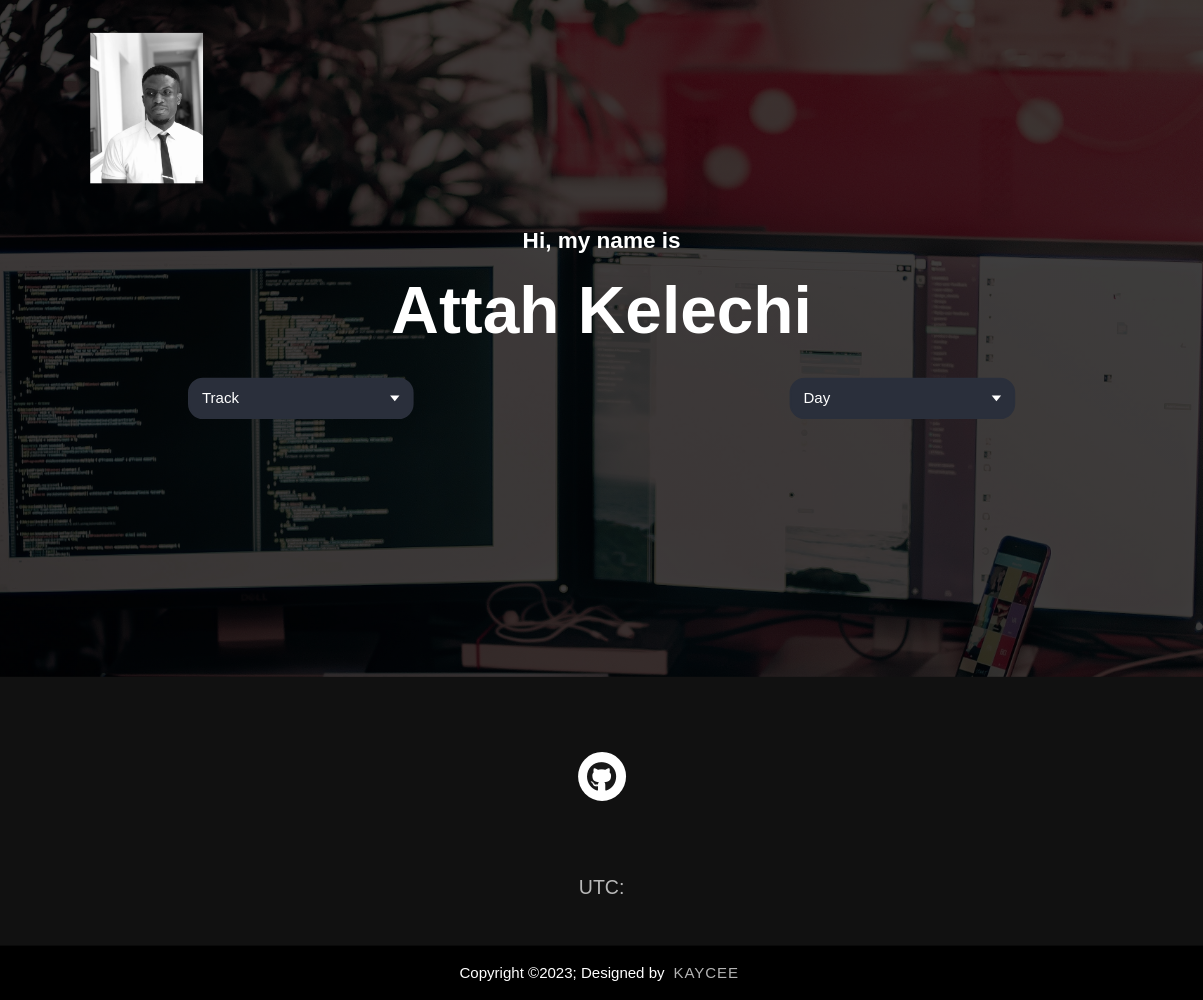
Repository: Kaycee-attah/HNG-Internship_2023
Page: index.html
These files come from the project's save history. The page is drawn as it stood at one moment and after the next save; the edit follows.
The browser window is 1280 px wide. The pictures show the whole page, at 94% of full size.

Above is the page before, as saved 2023-09-07 11:51:20.

### index.html
<!DOCTYPE html>
<html lang="en">
<head>
    <meta charset="UTF-8">
    <meta name="viewport" content="width=device-width, initial-scale=1.0">
    <title>How to make a website - Easy tutorial</title>
    <link rel="stylesheet" href="style.css">
    <link rel="stylesheet" href="https://cdnjs.cloudflare.com/ajax/libs/font-awesome/6.4.2/css/all.min.css" integrity="sha512-z3gLpd7yknf1YoNbCzqRKc4qyor8gaKU1qmn+CShxbuBusANI9QpRohGBreCFkKxLhei6S9CQXFEbbKuqLg0DA==" crossorigin="anonymous" referrerpolicy="no-referrer" />
</head>
<body>
    <div class="banner">
        <div class="navbar">
            <img class="logo" src="slack_DP.JPG" alt="Kaycee" data-testid="slackDisplayImage">
            <!-- <ul>
                <li><a href="#">Home</a></li>
                <li><a href="#">Bedroom</a></li>
                <li><a href="#">Dining</a></li>
                <li><a href="#">Kitchen</a></li>
                <li><a href="#">Backyard</a></li>
            </ul> -->
        </div>
    </div>
    <div class="content">
        <h2>Hi, <span> my name is</span></h2>
        <h1 data-testid="slackUserName">Attah Kelechi</h1>

        <div class="track_info">
            <div class="dropdown">
                <div class="select">
                    <span class="selected">Track</span>
                    <div class="caret"></div>
                </div>
                <ul class="menu">
                    <li data-testid="myTrack">Frontend </li>

                </ul>

                <!-- <button type="button"><span class="btn"></span> MORE</button>
                <button type="button"><span class="btn"></span>SUBSCRIBE</button> -->
            </div>
            <div class="dropdown">
                <div class="select">
                    <span class="selected">Day</span>
                    <div class="caret"></div>
                </div>
                <ul class="menu">
                    <li data-testid="currentDayOfTheWeek">Framer </li>

                </ul>

                <!-- <button type="button"><span class="btn"></span> MORE</button>
                <button type="button"><span class="btn"></span>SUBSCRIBE</button> -->
            </div>
        </div>


    </div>
    <footer>
        <div class="footer_Container">
            <div class="social-icon">
                <a href=""><i class="fa-brands fa-github"></i></a>
            </div>

        </div>
        <div class="footer_Info">
            <ul>
                <li data-testid="currentUTCTime">UTC: </li>

            </ul>
        </div>
        <div class="footer_Bottom">
            <p>Copyright &copy;2023; Designed by <span class="designer">Kaycee</span></p>
        </div>
    </footer>

    <script src="script.js"></script>
</body>

</html>

### style.css
*{
    margin: 0;
    padding: 0;
    font-family: sans-serif;

}
body{
    background-image: linear-gradient(rgba(0,0,0,0.75), rgba(0,0,0,0.75)), url(IMG_6759.JPG);
    background-size: cover;
    background-position: center;
}

.banner{
    width: 100%;
    height: 100vh;


}
.navbar{
    width: 85%;
    margin: auto;
    padding: 35px 0;
    display: flex;
    align-items: center;
    justify-content: space-between;
}
.logo{
    width: 120px;
    cursor: pointer;
}
.navbar ul li{
    list-style: none;
    display: inline-block;
    margin: 0 20px;
    position: relative;
}
.navbar ul li a{
    text-decoration: none;
    color: #fff;
    text-transform: uppercase;
}
.navbar ul li::after{
    content: "";
    height: 3px;
    width: 0;
    background: #009688;
    position: absolute;
    left: 0;
    bottom: -10px;
    transition: 0.5s;
}
.navbar ul li:hover::after{
    width: 100%;
}
.content{
    width: 100%;
    position: absolute;
    top: 50%;
    transform: translateY(-50%);
    text-align: center;
    color: #fff;
}
.content h1{
    font-size: 70px;
    margin-top: 20px;
}
.content p{
    margin: 20px auto;
    font-weight: 100;
    line-height: 25px;
}
.track_info {
    display: flex;
    justify-content: space-around;
    align-items: center;
}
.dropdown{
    min-width: 15em;
    position: relative;
    margin: 2em;
    /* display: flex;
    justify-content: space-between;
    align-items: center; */

}
.dropdown *{
    box-sizing: border-box;
}

.select{
    background: #2a2f3b;
    color: #fff;
    display: flex;
    justify-content: space-between;
    align-items: center;
    border: 2px #2a2f3b solid;
    border-radius: 1em;
    cursor: pointer;
    transition: background 0.3s;
    padding: 0.7em 0.8em;
}
.select-clicked{
    border: 2px #26489a solid;
    box-shadow: 0 0 0.8em #26489a;
    display: flex;
    justify-content: space-between;


}

.select:hover{
    background: #323741;
}

.caret{
    width: 0;
    height: 0;
    border-left: 5px solid transparent;
    border-right: 5px solid transparent;
    border-top: 6px solid #fff;
    transition: 0.3s;
}

.caret-rotate{
    transform: rotateX(180deg);

}

.selected-rotate{
    transform: rotateX(180deg);

}

.menu{
    list-style: none;
    padding: 0.2em 0.5em;
    background: #323741;
    border: 1px #363a43 solid;
    box-shadow: 0 0.5em 1em rgba(0, 0, 0, 0.2);
    border-radius: 0.5em;
    color: #9fa5b5;
    position: absolute;
    width: 100%;
    top: 4em;
    min-height: auto;
    left: 50%;
    transform: translateX(-50%);
    opacity: 0;
    display: none;
    transition: 0.2s;
    z-index: 1;
}

.menu li{
    padding: 0.7em 0.5em;
    margin: 0.3em 0;
    border-radius: 0.5em;
}

.menu li:hover{
    background: #2a2d35;
}

.menu-open{
    display: block;
    opacity: 1;
}


button{
    width: 200px;
    padding: 15px 0;
    text-align: center;
    margin: 20px 10px;
    border-radius: 25px;
    font-weight: bold;
    border: 2px solid #009688;
    background: transparent;
    color: #fff;
    cursor: pointer;
    position: relative;
    overflow: hidden;
}
.btn{
    background: #009688;
    height: 100%;
    width: 0;
    border-radius: 25px;
    position: absolute;
    left: 0;
    bottom: 0;
    z-index: -1;
    transition: 0.5s;
}
button:hover span{
    width: 100%;
}
footer{
    background-color: #111;
    width: 100%;
}
.footer_Container{
    /* width: 100%; */
    padding: 70px 30px 20px;
}
.social-icon{
    display: flex;
    justify-content: center;
}
.social-icon a{
    text-decoration: none;
    padding: 10px;
    background-color: white;
    margin: 10px;
    border-radius: 50%;
}
.social-icon a i{
    font-size: 2em;
    color: black;
    opacity: 0.9;
}


.social-icon a:hover{
    background-color: #111;
    transition: 0.5s;
}
.social-icon a:hover i{
    background-color: white;
    transition: 0.5s;
}
.footer_Info{
    margin: 30px 0;
}
.footer_Info ul{
    display: flex;
    justify-content: space-around;
}
.footer_Info ul li{
    color: white;
    margin: 20px;
    text-decoration: none;
    list-style: none;
    font-size: 1.3em;
    opacity: 0.7;
    transition: 0.5s;
}

.footer_Bottom {
    background-color: #000;
    padding: 20px;
    text-align: center;
}
.footer_Bottom p{
    color: white;

}
.designer{
    opacity: 0.7;
    text-transform: uppercase;
    letter-spacing: 1px;
    font-weight: 400;
    margin: 0px 5px;
    /* position: fixed; */
}

@media (max-width: 700px){
    .footer_Info ul{
        flex-direction: column;
    }
    .footer_Info ul li{
        width: 100%;
        text-align: center;
        margin: 10px 0;
    }
}

### script.js
const now = new Date();
const day = now.getDay();
const hours = now.getHours();
const minutes = now.getMinutes();
const UTCtimeStamp = now.getTime();
const GMTdate_and_time = now.toUTCString();
const daysOfWeek = [
    "Sunday",
    "Monday",
    "Tuesday",
    "Wednesday",
    "Thursday",
    "Friday",
    "Saturday"
]
const today = daysOfWeek[day];
const UTC = now.getUTCMilliseconds();
console.log("Current day of the week:", today)
console.log("UTC:", UTC)

console.log("UTCtimeStamp:", UTCtimeStamp)
console.log("GMTdate_and_time:", GMTdate_and_time)

const dropdowns = document.querySelectorAll('.dropdown');

dropdowns.forEach(dropdown => {
    const select = dropdown.querySelector('.select');
    const caret = dropdown.querySelector('.caret');
    const menu = dropdown.querySelector('.menu');
    const options = dropdown.querySelector('.menu li');
    const selected = dropdown.querySelector('.selected');


    select.addEventListener('click', () => {
        select.classList.toggle('select-clicked');
        select.classList.toggle('caret-rotate');
        selected.classList.toggle('selected-rotate');
        menu.classList.toggle('menu-open');
    })

    // options.forEach(option => {
    //     option.addEventListener('click', () => {
    //         // select.classList.toggle('select-clicked');
    //         select.classList.remove('select-clicked')
    //         caret.classList.remove('caret-rotate');
    //         menu.classList.remove('menu-open');


    //     })
    // })
})

After the next save:
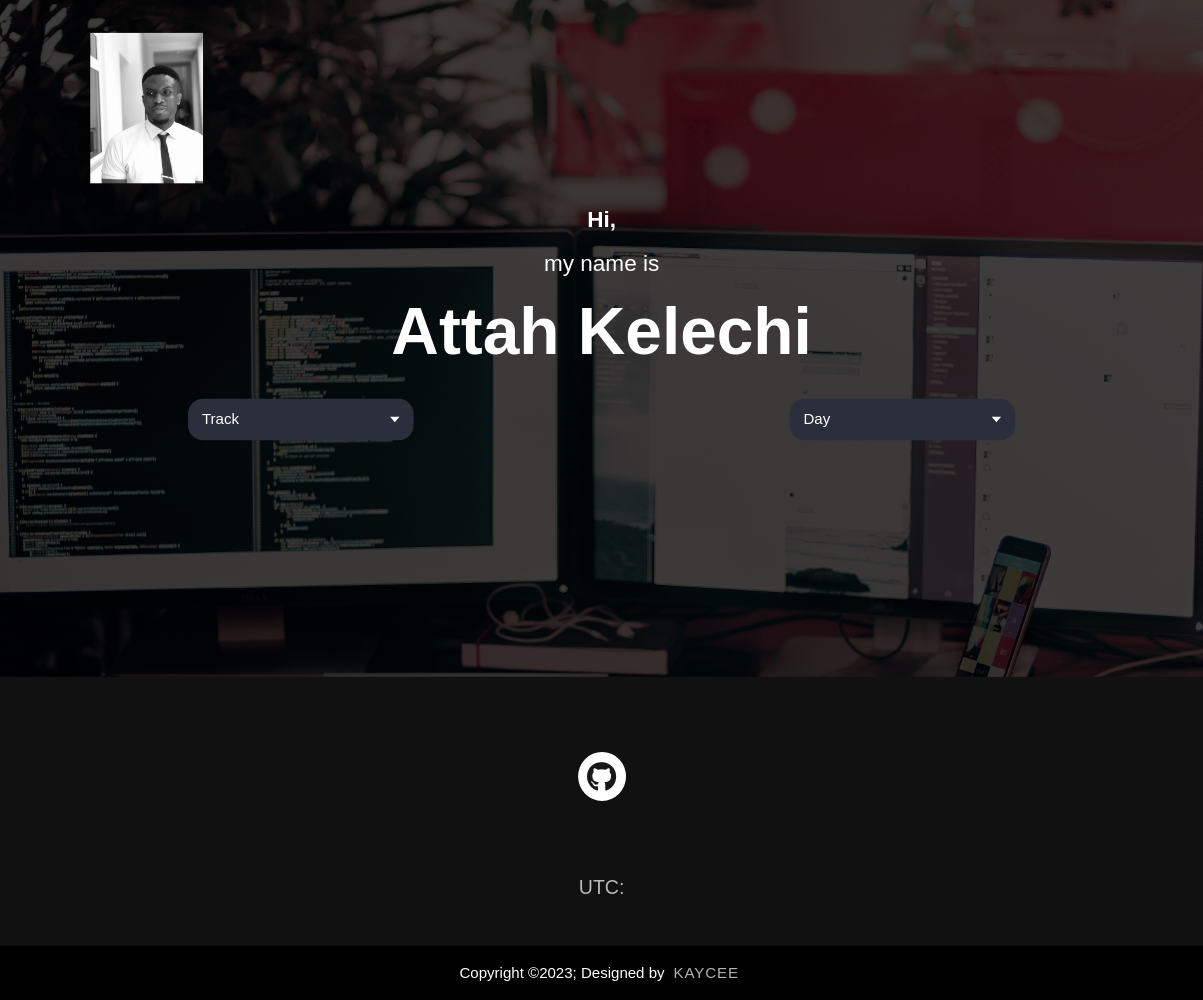
Saved 37 s later.
--- a/index.html
+++ b/index.html
@@ -21,7 +21,7 @@
         </div>
     </div>
     <div class="content">
-        <h2>Hi, <span> my name is</span></h2>
+        <h2>Hi, <p> my name is</p></h2>
         <h1 data-testid="slackUserName">Attah Kelechi</h1>
 
         <div class="track_info">

After the 3 saves that followed:
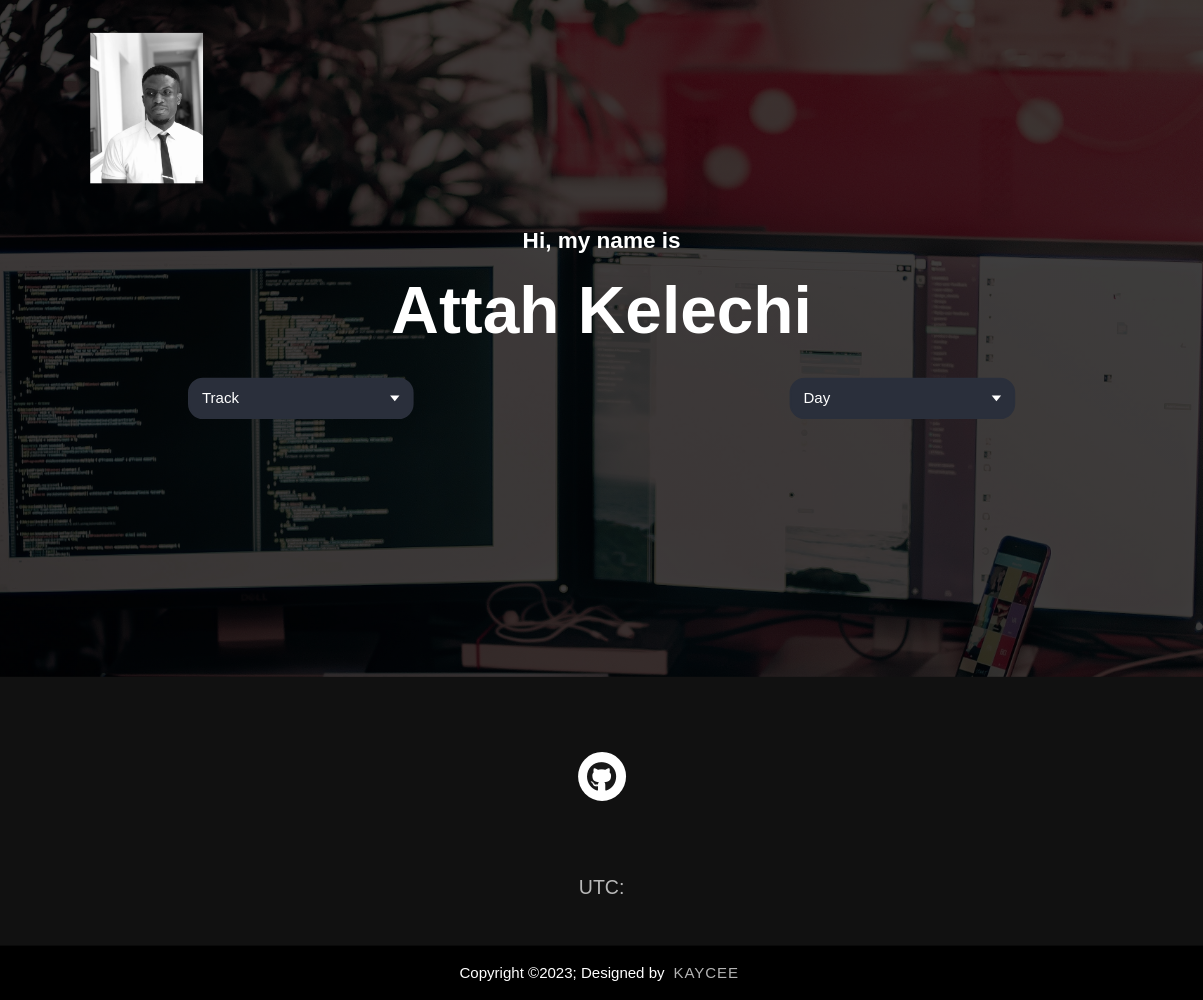
The 3 saves are shown as one change because 2 left the picture as it was.
The last was saved 3 min 44 s later.
--- a/index.html
+++ b/index.html
@@ -21,7 +21,7 @@
         </div>
     </div>
     <div class="content">
-        <h2>Hi, <p> my name is</p></h2>
+        <h2>Hi, <span class="text"> my name is</span></h2>
         <h1 data-testid="slackUserName">Attah Kelechi</h1>
 
         <div class="track_info">
--- a/style.css
+++ b/style.css
@@ -68,6 +68,11 @@ body{
     margin: 20px auto;
     font-weight: 100;
     line-height: 25px;
+}
+.text{
+    margin: 0;
+    font-weight: 0;
+    line-height: 5px;
 }
 .track_info {
     display: flex;
